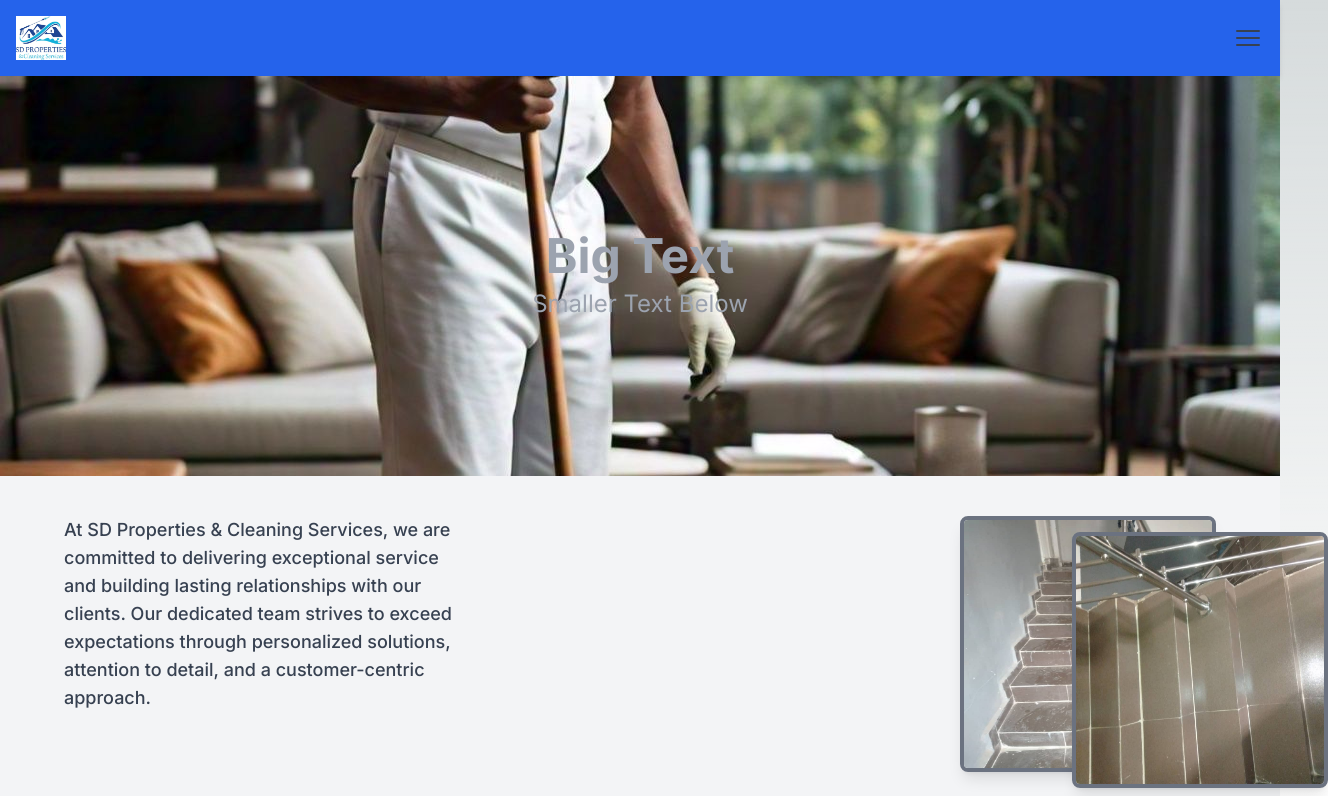
Repository: devmskhan/sdpropandclean
Page: /
These files come from the project's save history. The page is drawn as it stood at one moment and after the next save; the edit follows.
The browser window is 1280 px wide. The page is 1328 px wide, then 1312 px, so the pictures cover 1328 px, including what lies to the right of the window. The pictures show the whole page.
The project was rebuilt for these pictures with package versions that can differ from the ones it lists, and the page was loaded fresh each time. The framework's server and built-in components were replaced by stand-ins that run in the browser. Also part of the build but not shown: next.config.mjs.

Above is the page before, as saved 2024-09-03 12:26:16.

After the next save:
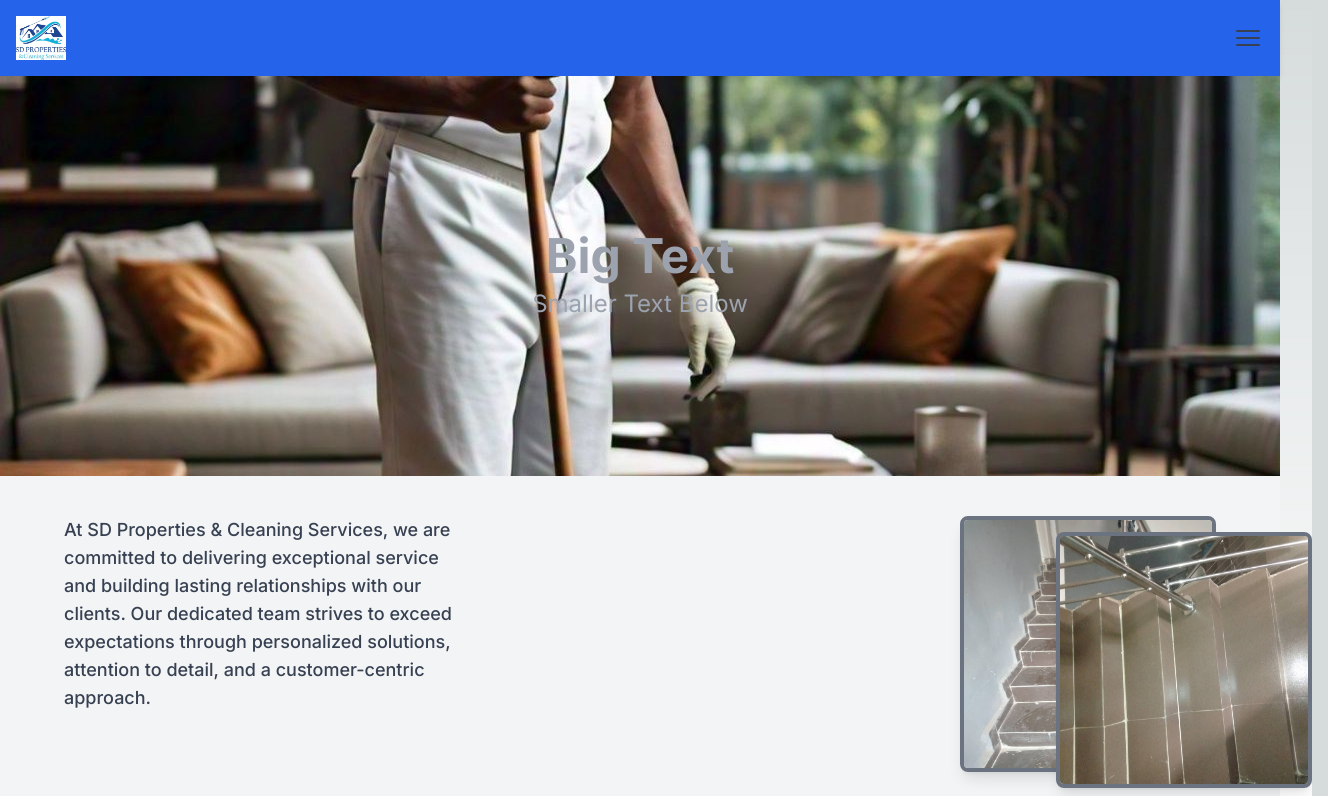
Saved 33 s later.
--- a/components/Body.tsx
+++ b/components/Body.tsx
@@ -30,7 +30,7 @@ function Body() {
   </div>
   <div className="relative mt-4 mr-10">
   <img src="stairsb.jpg" alt="Top Image" className="w-64 h-64 rounded-lg shadow-lg border-gray-500 border-solid border-4" />
-  <img src="stairsaft.jpg" alt="Bottom Image" className="mt-5 ml-24 absolute bottom-0 left-0 w-64 h-64 rounded-lg shadow-lg transform translate-x-4 translate-y-4 border-gray-500 border-solid border-4" />
+  <img src="stairsaft.jpg" alt="Bottom Image" className="mt-5 ml-20 absolute bottom-0 left-0 w-64 h-64 rounded-lg shadow-lg transform translate-x-4 translate-y-4 border-gray-500 border-solid border-4" />
   </div>
 </div>
 
